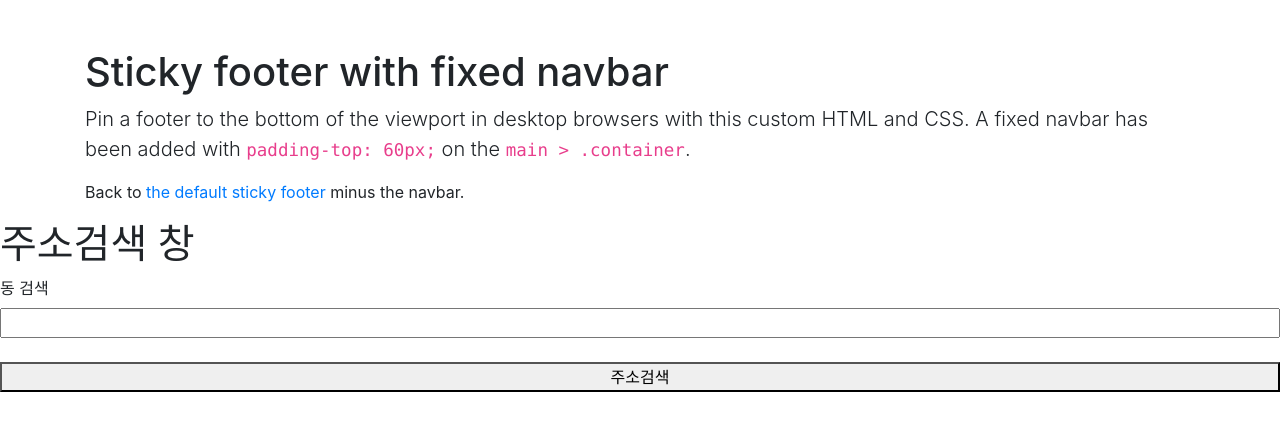
Repository: caramelsyrup/SpringProject1
Page: http://localhost/gallery/WEB-INF/views/member/address.jsp
These files come from the project's save history. The page is drawn as it stood at one moment and after the next save; the edit follows.
The browser window is 1280 px wide. The pictures show the whole page.
The page is served by Tomcat 9. Nobody is signed in. Other server files are loaded and not shown. The template is opened directly, without the code that normally fills it, so the values that code supplies are empty.

Above is the page before, as saved 2020-11-17 06:45:05.

### gallery/src/main/webapp/WEB-INF/views/member/address.jsp
<%@ page language="java" contentType="text/html; charset=UTF-8" pageEncoding="UTF-8"%>
<!DOCTYPE html>
<html>
<head>
<meta charset="UTF-8">
<title>address</title>
<script src="https://code.jquery.com/jquery-3.5.1.js" integrity="sha256-QWo7LDvxbWT2tbbQ97B53yJnYU3WhH/C8ycbRAkjPDc=" crossorigin="anonymous"></script>
<!-- Latest compiled and minified CSS -->
<link rel="stylesheet" href="https://stackpath.bootstrapcdn.com/bootstrap/4.5.2/css/bootstrap.min.css">
<!-- Latest compiled JavaScript -->
<script src="https://stackpath.bootstrapcdn.com/bootstrap/4.5.2/js/bootstrap.min.js"></script>
<script type="text/javascript" src="/resources/js/member.js"></script>
</head>
<body class="d-flex flex-column h-100">
<main role="main" class="flex-shrink-0">
  <div class="container">
    <h1 class="mt-5">Sticky footer with fixed navbar</h1>
    <p class="lead">Pin a footer to the bottom of the viewport in desktop browsers with this custom HTML and CSS. A fixed navbar has been added with <code>padding-top: 60px;</code> on the <code>main &gt; .container</code>.</p>
    <p>Back to <a href="/docs/4.5/examples/sticky-footer/">the default sticky footer</a> minus the navbar.</p>
  </div>
</main>
	<h1>주소검색 창</h1>
	<label>동 검색</label>
	<input type="text" id="dong" name="address" size="20"><br>
	<button type="button" id="btnAddressChk">주소검색</button>
	<div id="resultArea">
		<table>
			<thead></thead>
			<tbody></tbody>
		</table>
	</div>
</body>
</html>

Loaded but not shown: gallery/src/main/webapp/resources/js/member.js (no copy from this time; the picture is the same without it)

After the next save:
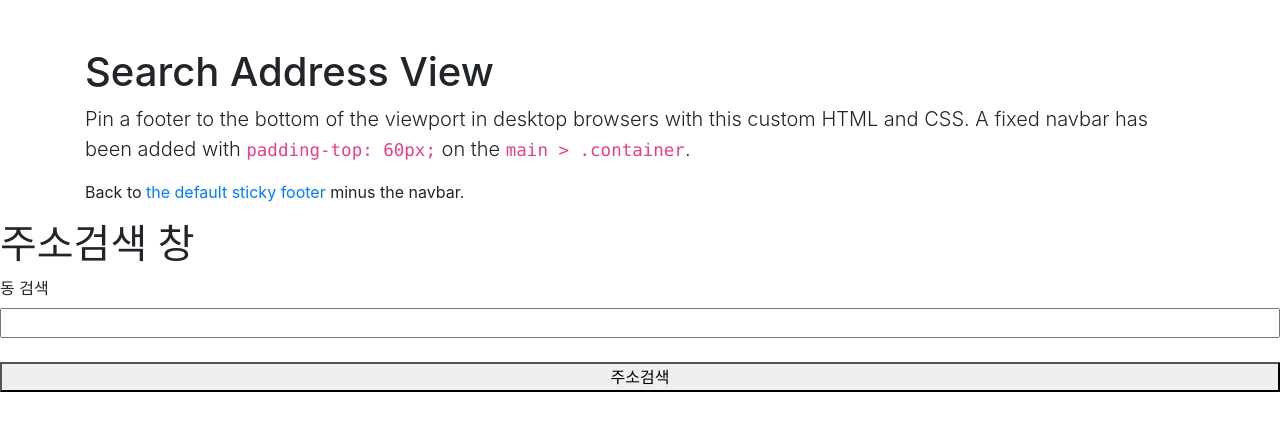
Saved 19 s later.
--- a/gallery/src/main/webapp/WEB-INF/views/member/address.jsp
+++ b/gallery/src/main/webapp/WEB-INF/views/member/address.jsp
@@ -14,7 +14,7 @@
 <body class="d-flex flex-column h-100">
 <main role="main" class="flex-shrink-0">
   <div class="container">
-    <h1 class="mt-5">Sticky footer with fixed navbar</h1>
+    <h1 class="mt-5">Search Address View</h1>
     <p class="lead">Pin a footer to the bottom of the viewport in desktop browsers with this custom HTML and CSS. A fixed navbar has been added with <code>padding-top: 60px;</code> on the <code>main &gt; .container</code>.</p>
     <p>Back to <a href="/docs/4.5/examples/sticky-footer/">the default sticky footer</a> minus the navbar.</p>
   </div>
